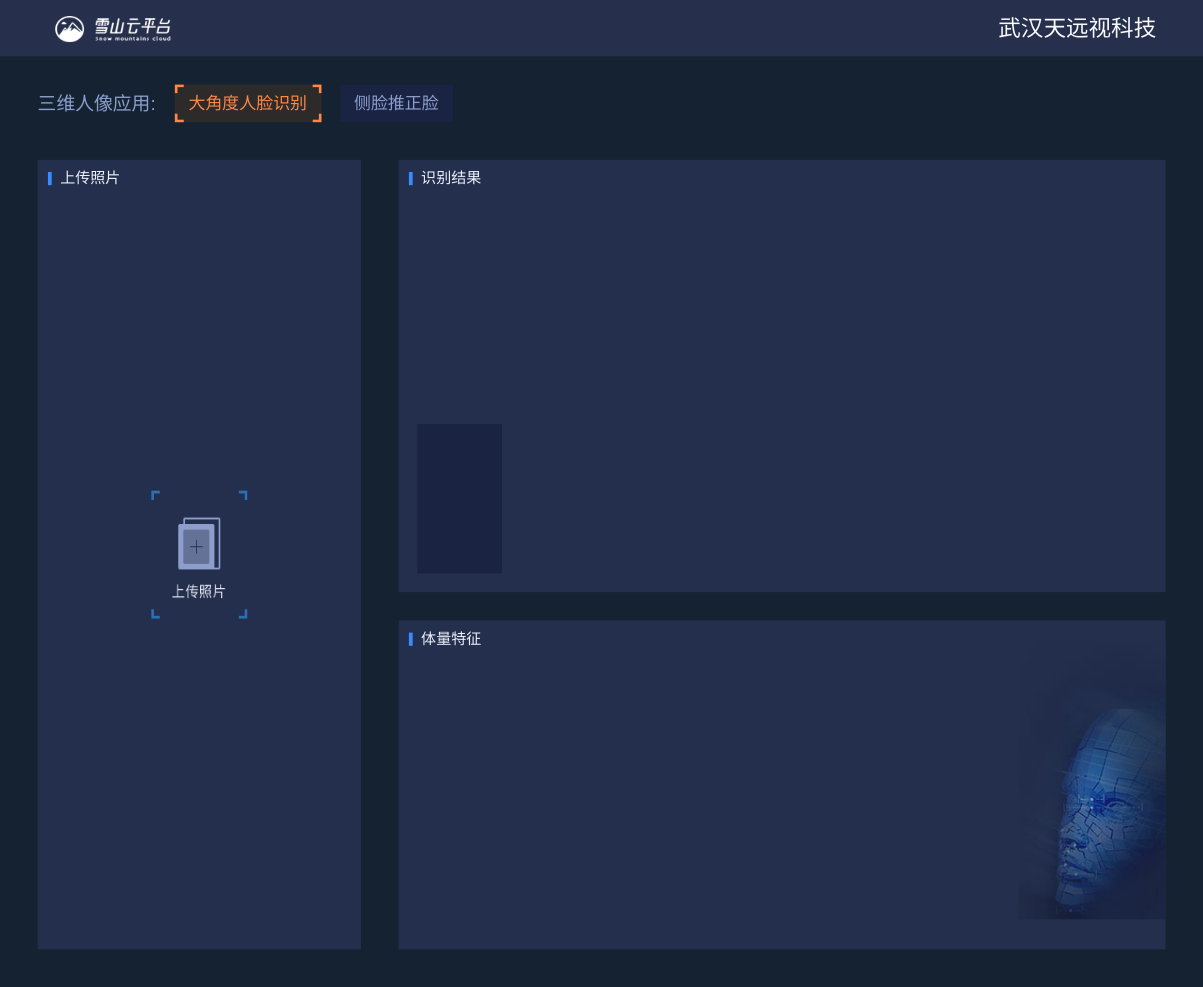
Repository: fyt2020/pubilcDemlo
Page: /
The author's editor kept a copy of each file at every save. The page is drawn from the files as they stood at one save, then again after the next save.
The browser window is 1280 px wide. The pictures show the whole page, at 94% of full size.
The project was rebuilt for these pictures with package versions that can differ from the ones it lists, and the page was loaded fresh each time.

Above is the page before, as saved 2020-04-28 17:13:39.

### index.html
<!DOCTYPE html>
<html>
  <head>
    <meta charset="utf-8">
    <meta name="viewport" content="width=device-width,initial-scale=1.0">
    <title>pubilcdemo</title>
    <link rel="shortcut icon" href="./static/farsee.ico" type="image/x-icon">
    <script src="./static/config.js"></script>
    <script src="./static/main.js"></script>
  </head>
  <body>
    <div id="app"></div>
    <!-- built files will be auto injected -->
  </body>
</html>

### src/main.js
// The Vue build version to load with the `import` command
// (runtime-only or standalone) has been set in webpack.base.conf with an alias.
import Vue from 'vue'
import App from './App'
import router from './router'
import '@/assets/css/reset.css'
import axios from '@/plugins/axios';

Vue.config.productionTip = false
Vue.prototype.$http = axios;
/* eslint-disable no-new */
new Vue({
  el: '#app',
  router,
  components: { App },
  template: '<App/>'
})

### src/assets/css/reset.css
@charset "UTF-8";
/**
 * @desc pc端常用reset.css
 * @author archer
 * @date 2018-08-26
 */
html,body,div,p,ul,li,dl,dt,dd,em,i,span,a,img,input,h1,h2,h3,h4,h5,nav,section,footer,header,table,tr,th,td,ul,li{margin:0;padding:0;box-sizing: border-box;}
h1,h2,h3,h4,h5,h6{font-weight:normal}
i,em,b{font-style:normal}
article,aside,details,figcaption,figure,footer,header,menu,nav,section {display: block;}
a,img,input {border:none;}
a {text-decoration:none;}
a:hover, a:active {outline: none;}
ul,li{list-style: none}
button,input,select,textarea{font-size:100%;outline:none}
table{border-collapse:collapse;border-spacing:0}
html, body {width: 100%;height: 100%;}
body{font-family:"Helvetica Neue",Helvetica, Arial,sans-serif; font-size: 14px;line-height:1}

### src/pages/Home.vue
<template>
  <div class="home">
      <div class="header">
           <div class="header__left">
                <img src="../assets/img/logo1.png" alt="" class="logo_img">
           </div>
           <div class="header__right">
                <span>武汉天远视科技</span>
           </div>
      </div>
      <div class="navigation">
            <span class="navigation__title">三维人像应用:</span>
            <router-link tag="li" :to="{name:'bigAngle'}" class="navigation__item">大角度人脸识别</router-link>
            <router-link tag="li" :to="{name:'face',params:{id:'self'}}" class="navigation__item">侧脸推正脸</router-link>
      </div>

      <div class="content">
         <router-view />
      </div>

  </div>
</template>

<script>
export default {
  data() {
    return {};
  },
  computed: {},
  created() {

  },
  mounted() {

  },
  methods: {

  },
  components: {}
};
</script>

<style lang="scss" scoped>
@import "@/assets/css/home.scss";
</style>

### src/pages/bigAngle.vue
<template>
  <div class="bigAngle">
    <div class="bigAngle__left">
      <div class="left__top">
        <div class="titleW" v-if="btnKey">
          <span class="titleW__one"></span>
          <span class="titleW__w">上传照片</span>
        </div>
        <img :src="uploadImgUrl" alt class="uploadImg" v-if="uploadImgUrl" />
        <img
          src="../assets/img/delete.png"
          alt
          class="delete__img"
          v-show="closeKey"
          @click="close"
        />
        <button class="btn" @click="uploadFile2" v-if="btnKey">
          <img src="../assets/img/midle.png" alt class="btn__bg" />
          <form
            name="fileList"
            id="fileList"
            action="uploadURL"
            method="POST"
            enctype="multipart/form-data"
            class="file"
          >
            <input
              type="file"
              hidden
              @change="beforeUploadFile2($event)"
              id="upload_file2"
              class="file-inp"
            />
          </form>
        </button>
      </div>
    </div>
    <div class="bigAngle__right">
      <div class="right__top">
        <div class="titleW">
          <span class="titleW__one"></span>
          <span class="titleW__w">识别结果</span>
        </div>

        <div class="recg__box">
          <img :src="angleImg[0].src" alt class="recg__item" />
        </div>
        <div id="WebGL-output"></div>
        <ul class="info__box" v-if="infoObj.collectNo">
          <li class="info__item">
            <span class="info__iteml">姓名:</span>
            <span class="info__itemr">{{infoObj.username}}</span>
          </li>
          <li class="info__item">
            <span class="info__iteml">性别:</span>
            <span class="info__itemr">{{infoObj.sex}}</span>
          </li>
          <li class="info__item">
            <span class="info__iteml">采集编号:</span>
            <span class="info__itemr">{{infoObj.collectNo}}</span>
          </li>

          <li class="info__item">
            <span class="info__iteml">证件号:</span>
            <span class="info__itemr">{{infoObj.idNo}}</span>
          </li>
          <li class="info__item">
            <span class="info__iteml">采集时间:</span>
            <span class="info__itemr">{{infoObj.time}}</span>
          </li>
        </ul>
      </div>
      <div class="right__bottom">
        <div class="titleW">
          <span class="titleW__one"></span>
          <span class="titleW__w">体量特征</span>
        </div>
        <div class="char__box">

                <img src="../assets/img/char1.jpg" alt class="char" v-if="!btnKey"/>
                <img src="../assets/img/char2.jpg" alt="" class="char2">

                 <ul class="tl__box" v-if="charData.length>0">
          <li class="tl__item" v-for="item in charData" :key="item.value">
            <span class="tl__iteml same">{{item.title}}:</span>
            <span class="tl__itemr same">{{Number(item.value).toFixed(2)}}</span>
          </li>
        </ul>

        </div>


      </div>
    </div>
  </div>
</template>

<script>
import axios from "axios";
export default {
  props: {},
  data() {
    return {
      btnKey: true,
      uploadImgUrl: "",
      closeKey: false,
      camera: null,
      renderer: null,
      boxHelper: null,
      animationId: null,
      modelObj: null,
      scene: null,
      infoObj: {
        collectNo: "",
        sex: "",
        time: "",
        idNo: ""
      },
      charData: [],
      angleImg: [
        {
          id: Math.floor(Math.random * 100),
          src: ``
        }
      ],

      source: 0
    };
  },
  computed: {},
  created() {},
  mounted() {},
  watch: {},
  methods: {
    close() {
      $("#WebGL-output").empty();
      this.uploadImgUrl = "";
      this.closeKey = false;
      this.btnKey = true;
      this.angleImg = [
        {
          id: Math.floor(Math.random * 100),
          src: ``
        }
      ];
      this.charData = [];
      (this.infoObj = {
        collectNo: "",
        sex: "",
        time: "",
        idNo: ""
      }),
        this.removeEntity(this.modelObj);
    },
    uploadFile2() {
      let file = document.getElementById("upload_file2");
      file.click();
    },
    beforeUploadFile2(e) {
      let VM = this;
      let files = e.target.files[0];
      let nameArr = e.target.files[0].name.split(".");
      let len = nameArr.length;
      let startName = e.target.files[0].name.split(".")[0];
      let endName = nameArr[len - 1];
      if (
        endName != "jpg" &&
        endName != "png" &&
        endName != "jpeg" &&
        endName != "JPG" &&
        endName != "PNG" &&
        endName != "JPEG"
      ) {
        VM.$Message.error(`上传图片格式不是jpg或png!`);
        return;
      }
      if (!files) {
        return;
      }
      this.btnKey = false;
      this.closeKey = true;
      let reader = new FileReader();
      reader.onloadend = function() {
        VM.uploadImgUrl = reader.result;
      };
      reader.readAsDataURL(files);
      this.angleImg = [
        {
          id: Math.floor(Math.random * 100),
          src: window.BASEURL.flieUrl +  `${startName}/${startName}_angle.jpg`
        }
      ];
      this.INIT($(".right__top").width(), $(".right__top").height(), startName);
      this.getInfo(startName);
    },

    INIT(width, height, name) {
      let VM = this;
      //场景构建
      VM.scene = new THREE.Scene();
      //相机构建
      VM.camera = new THREE.PerspectiveCamera(45, width / height, 0.1, 2000); //四个参数 视场角 方向 最近距 最远距  fov对应着图中的视角，是上下两面的夹角。aspect是近平面的宽高比。
      // camera.lookAt( new THREE.Vector3(0, 0, 0));
      //渲染器构建
      VM.renderer = new THREE.WebGLRenderer({
        antialias: true
      });

      //设置背景颜色
      VM.renderer.setClearColor(0x242f4d);
      //三个参数 width height updateStyle第三个选填
      VM.renderer.setSize(width, height);
      //激活阴影
      VM.renderer.shadowMapEnabled = true;
      //添加材质灯光阴影
      var ambiColor = "ffffff";
      var ambientLight = new THREE.AmbientLight(ambiColor);
      VM.scene.add(ambientLight);

      //添加坐标系
      // var axes = new THREE.AxisHelper(100);
      // scene.add(axes);

      //添加网格
      // var helper = new THREE.GridHelper( 1000, 50 ,0x0000ff, 0xff8080);
      // scene.add(helper);
      VM.boxHelper = new THREE.BoxHelper();

      var controls = new THREE.OrbitControls(VM.camera, VM.renderer.domElement);
      //controls.target = new THREE.Vector3(0, 0, 0);
      // 使动画循环使用时阻尼或自转 意思是否有惯性
      controls.enableDamping = true;
      //动态阻尼系数 就是鼠标拖拽旋转灵敏度
      controls.dampingFactor = 0.25;
      //是否可以缩放
      controls.enableZoom = true;
      //是否自动旋转
      controls.autoRotate = false;
      //设置相机距离原点的最近距离
      //controls.minDistance = 200;
      //设置相机距离原点的最远距离
      //controls.maxDistance = 600;
      //是否开启右键拖拽
      controls.enablePan = true;
      //上下旋转范围
      controls.minPolarAngle = 0;
      controls.maxPolarAngle = Math.PI * (90 / 180);
      //左右旋转范围
      controls.minAzimuthAngle = -Math.PI * (45 / 180);
      controls.maxAzimuthAngle = Math.PI * (45 / 180);

      controls.panSpeed = 0.2;
      controls.rotateSpeed = 0.1;
      //模型
      var onProgress = function(xhr) {
        // if (xhr.lengthComputable) {
        //   //可计算的长度
        //   var percentCompvare = (xhr.loaded / xhr.total) * 100; //加载程度百分比
        //   var elem = document.getElementById("myBar");
        //   var width = parseInt(percentCompvare);
        //   elem.style.width = width + "%";
        //   $(".loading").text("正在下载:" + parseInt(percentCompvare) + "%");
        // }
      };
      var onError = function(xhr) {
        // $(".loading")
        //   .show()
        //   .text("下载失败");
        return;
      };

      var modelPath = window.BASEURL.flieUrl +  `${name}`;
      var objLoader = new THREE.OBJLoader2();
      var callbackOnLoad = function(event) {
        VM.modelObj = event.detail.loaderRootNode;
        VM.modelObj.name = `${name}`;
        VM.modelObj.scale.set(1.9, 1.9, 1.9);
        VM.modelObj.children[0].geometry.computeBoundingBox();
        VM.modelObj.rotation.x = THREE.Math.degToRad(-88);
        VM.modelObj.children[0].geometry.center();
        VM.boxHelper.setFromObject(VM.modelObj);
        let center = VM.boxHelper.geometry.boundingSphere.center;
        let radius = VM.boxHelper.geometry.boundingSphere.radius;
        let cameraPos = new THREE.Vector3(
          center.x + VM.modelObj.position.x,
          center.y + VM.modelObj.position.y,
          radius * 2.2 + center.z + VM.modelObj.position.z
        );
        let lookPos = new THREE.Vector3(
          center.x + VM.modelObj.position.x,
          center.y + VM.modelObj.position.y,
          center.z + VM.modelObj.position.z
        );
        VM.camera.position.copy(cameraPos);
        controls.target = lookPos;
        VM.camera.lookAt(lookPos);
        VM.scene.add(VM.modelObj);
      };
      let typeObj = VM.source == "1" ? "textured" : "cut";
      objLoader.loadMtl(modelPath + `/${typeObj}_mesh.mtl`, null, function(
        materialCreator
      ) {
        materialCreator[`${typeObj}_mesh`].opacity = 1; // new THREE.Color(1,1,1)
        objLoader.setMaterials(materialCreator);
        objLoader.setLogging(true, true);
        objLoader.load(
          modelPath + `/${typeObj}_mesh.obj`,
          callbackOnLoad,
          onProgress,
          onError,
          null,
          false
        );
      });
      VM.camera.lookAt(VM.scene.position);
      //在页面上添加渲染器，dom元素
      $("#WebGL-output").append(VM.renderer.domElement);
      renderScene();
      VM.getModelTxt(name);
      function renderScene() {
        var clock = new THREE.Clock();
        var delta = clock.getDelta(); //三角点
        controls.update();
        VM.camera.updateProjectionMatrix();
        VM.animationId = requestAnimationFrame(renderScene); //请求动画框架
        VM.renderer.render(VM.scene, VM.camera);
      }
    },
    getModelTxt(name) {
      let VM = this;
      let id = new Date().getTime();
      let params = {
        headers: {
          "Content-Type": "text/plain;charset=utf-8"
        },
        responseType: "text/json",
        inCharset: "utf-8",
        outCharset: "utf-8",
        timeout: 30000,
        random: id
      };
      axios
        .get(window.BASEURL.flieUrl + `${name}/face_points_distance.txt`)
        .then(function(res) {
          let newData = res.data.split("\r\n");
          let len = newData.length;
          for (var i = 0; i < len; i++) {
            if (newData[i]) {
              let obj = {};
              let k = newData[i].split(":")[0];
              let v = newData[i].split(":")[1];
              obj["title"] = k;
              obj["value"] = v;
              VM.charData.push(obj);
            }

            console.log(VM.charData);
          }
        })
        .catch(function(error) {
          console.log(error);
        });
    },
    getInfo(name) {
      let VM = this;
      this.$http.api
        .get(window.BASEURL.flieUrl + `${name}/${name}.json`)
        .then(function(res) {
          if (res.data.code === 0) {
            let data = res.data.result;
            VM.infoObj = data;
          }
        })
        .catch(function(error) {
          console.log(error);
        });
    },
    //移除模型
    removeEntity(object) {
      let selectedObject = this.scene.getObjectByName(object.name);
      // console.log('renderer.renderLists',this.renderer.renderLists)
      selectedObject.traverse(function(item) {
        if (item instanceof THREE.Mesh) {
          item.geometry.dispose(); //删除几何体
          //item.material.dispose(); //删除材质
          if (Array.isArray(item.material)) {
            item.material.forEach(function(i) {
              i.dispose(); //删除材质
            });
          } else {
            item.material.dispose();
          }
        }
      });
      this.scene.remove(selectedObject);
      this.renderer.dispose();
      this.renderer.clear();
      this.renderer.renderLists.dispose();
      this.modelObj = null;
      THREE.Cache.clear();
    }
  },
  beforeDestroy() {
    this.removeEntity(this.modelObj);
  },
  components: {}
};
</script>

<style scoped lang="scss">
@import "@/assets/css/bigAngle.scss";
</style>

### src/assets/css/home.scss

@import "@/assets/css/func.scss";
.home{
    font-size: 20px;
    width: 100vw;
    height: 100vh;
    background-color: #142232;
    .header{
        width: 100%;
        height: 60px;
        background-color: #262f4b;
        display: flex;
        align-items: center;
        color:  #f8faff;;
        justify-content: space-between;
        padding: 0 50px;
        font-size: 24px;
        .header__left{
            height: 100%;
            display: flex;
            align-items: center;
            .logo_img{
                width: 141px;
                height: 35px;
            }
        }
        .header__right{
            height: 100%;
            display: flex;
            align-items: center;
        }
    }
    .navigation{
        width: 100%;
        height: 40px;
        display: flex;
        align-items: center;
        box-sizing: border-box;
        background-color: #142232;
        color:  #8c9ecb;
        padding: 0 40px;
        margin-top: 30px;
        .navigation__title{
            margin-right: 20px;
        }
        &__item{
            height: 40px;
            line-height: 40px;
            box-sizing: border-box;
            padding: 0 15px;
            margin-right: 20px;
            font-size: 18px;
            color: #8c9ecc;
            background-color:  #1a2342;
        }
        &__item.exactActive{
             display: flex;
             color: #ff8748;
             background: url('../#{$img}/qhbtn.png') no-repeat center;
             background-size: 100% 100%;

        }
    }
    .content{
        width: 100%;
        padding: 40px;
        background-color: #142232;
    }
}

### src/assets/css/func.scss
// @function px2Rem($px, $base-font-size: 19.2px) {
//     @if (unitless($px)) { //有无单位
//       @return ($px / 19.2) * 1rem;
//     } @else if (unit($px) == em) {
//       @return $px;
//     }
//     @return ($px / $base-font-size) * 1rem;
// }

$img:"/assets/img";

### src/assets/css/bigAngle.scss
.bigAngle{
     display: flex;
     width: 100%;
     height: 100%;
     .titleW{
        position: absolute;
        height: 20px;
        line-height: 20px;
        width: 100%;
        left: 10px;
        top:10px;
        display: flex;
        align-items: center;
        color:  #edf0fa;
        font-size: 16px;
        border: 1px solid transparent;
        .titleW__one{

           width: 4px;
           height: 14px;
           margin-right: 9px;
           background-color: #388cff;
        }
    }
     .bigAngle__left{
        width: 994px;
        height: 840px;
        margin-right: 40px;
        display: flex;
        flex-direction: column;
        background-color: #242f4d;
        .left__top{
             width: 100%;
             height: 100%;
            //  margin-bottom: 20px;
             display: flex;
             align-items: center;
             justify-content: center;
             position: relative;
             .uploadImg{
                height: 100%;
             }

             .delete__img{
                position: absolute;
                width: 36px;
                height: 36px;
                right: 20px;
                top:20px;
                transition: all 0.1 linear;
                z-index: 2100;
                cursor: pointer;
             }
             .btn{
                 position: absolute;
                 outline: none;
                 position: relative;
                 border: none;
                 background: transparent;
                //  border-style: solid;
                //  border-width: 2px;
                //  border-image-source: linear-gradient(0deg,#1a5fff 0%, #5f8ffd 100%);
                //  border-image-slice: 1;
                 width: 114px;
                 height: 138px;
                //  line-height: 30px;
                //  color: #1a5fff;
                //  border-radius: 6px;
                 z-index: 9999;
                 cursor: pointer;
                 .btn__bg{
                     width: 100%;
                     height: 100%;
                 }
             }
        }
        .left__bottom{
            width: 100%;
            height: 15%;
            border: 1px solid black;
            .left__bottom{

            }

        }
     }
     .bigAngle__right{
        width: 816px;
        height: 840px;


        .right__top{

            width: 100%;
            height: 460px;
            position: relative;
            margin-bottom: 30px;
            background-color: #242f4d;

            .recg__box{

                display: flex;
                position: absolute;
                width: 90px;
                left: 20px;
                bottom: 20px;
                background-color: #1a2342;;
                height: 159px;
                align-items: center;
                justify-content: flex-start;
                .recg__item{
                    height: 100%;
                }
            }
            #WebGL-output{
                width: 815px;
                height: 460px;
            }
            .info__box{
                position: absolute;
                right: 20px;
                bottom: 20px;
                width: 238px;
                height: 158px;
                background-color: #1a2342;
                padding: 15px;
                display: flex;
                flex-direction: column;
                justify-content: space-around;
                align-content: space-around;
                font-size: 14px;
                color: #edf0fa;


            }
        }
        .right__bottom{
            background-color: #242f4d;
            width: 100%;
            height: 350px;
            position: relative;
            padding-top: 20px;
            .titleW{

                height: 20px;
                line-height: 20px;
                width: 100%;
                left: 10px;
                top:10px;
                display: flex;
                align-items: center;
                color:  #edf0fa;
                font-size: 16px;
                border: 1px solid transparent;
                .titleW__one{

                   width: 4px;
                   height: 14px;
                   margin-right: 9px;
                   background-color: #388cff;
                }
            }
            .char__box{

                width: 816px;
                height: 298px;
                z-index: 1;
                // margin-top: 20px;

                .char2{
                    float: right;

                }

            }
            .char{


            }
            .tl__box{
                display: flex;
                position: absolute;
                z-index: 10;
                width: 100%;
                height: 100%;


                .tl__item{
                    display: flex;
                    align-items: center;
                    position: absolute;
                    font-size: 15px;
                    color: #edf0fa;
                    letter-spacing: 1px;

                    &:nth-of-type(1){
                        left: 43%;
                        top:17%

                    }
                    &:nth-of-type(2){
                        left: 32%;
                        top:30%
                    }
                    &:nth-of-type(3){

                        left: 43%;
                        top:40%
                    }
                    &:nth-of-type(4){

                        left: 43%;
                        top:50%
                    }
                    &:nth-of-type(5){

                        left: 43%;
                        top:59%
                    }
                    &:nth-of-type(6){

                        left: 43%;
                        top:68%
                    }
                    &:nth-of-type(7){

                        left: 43%;
                        top:77%
                    }
                    &:nth-of-type(8){

                        left: 43%;
                        top:86%
                    }






                }
            }


        }

     }
}

### static/config.js
window.BASEURL = {
     //flieUrl:`http://192.168.1.199:8080/recg/static/data/`
     flieUrl:`../../static/data/`
};

Loaded but not shown: src/App.vue (common file); src/plugins/axios.js (library); src/router/index.js (42 lines, source omitted)

After the next save:
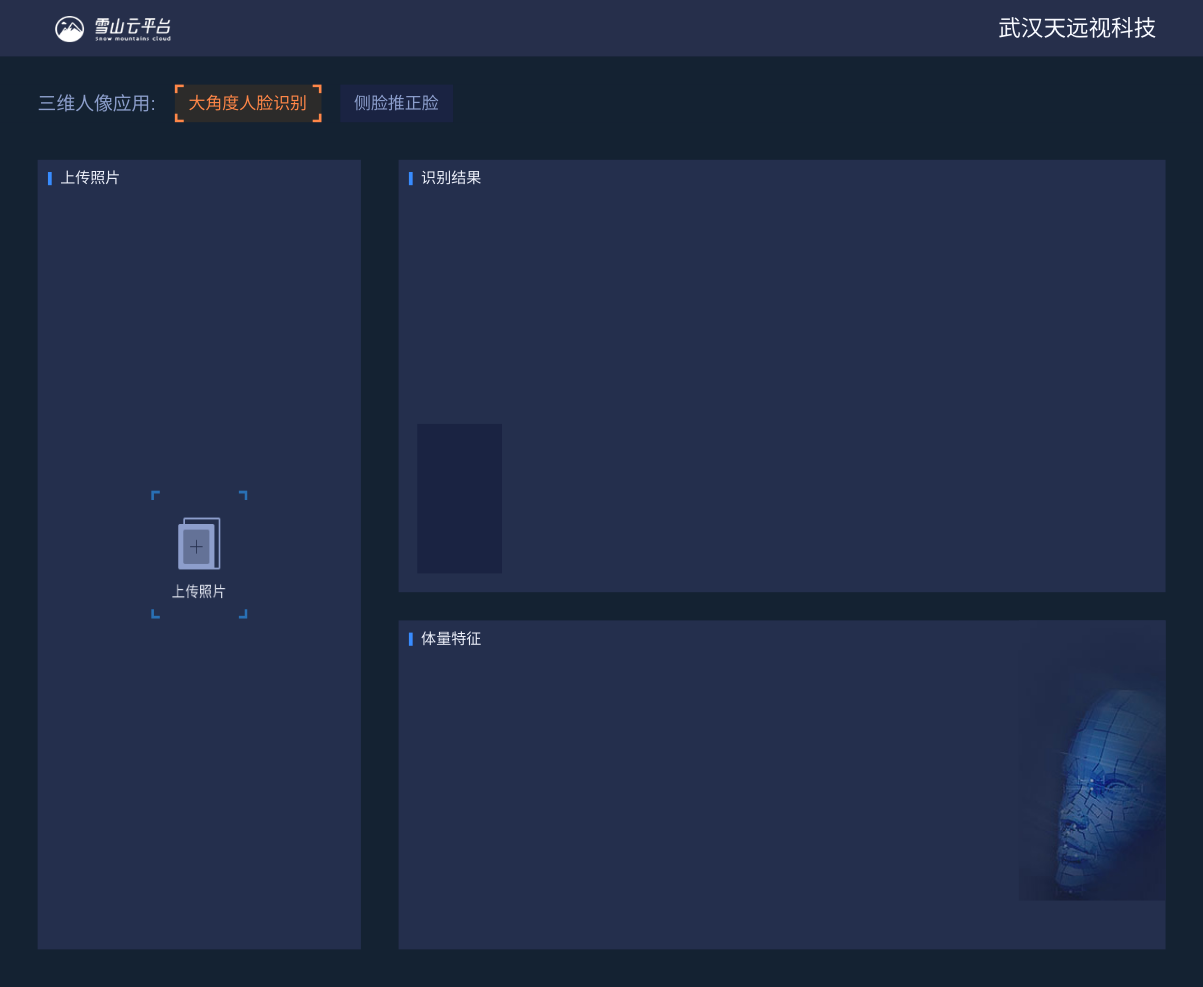
Saved 4 s later.
--- a/src/assets/css/bigAngle.scss
+++ b/src/assets/css/bigAngle.scss
@@ -139,7 +139,7 @@
             width: 100%;
             height: 350px;
             position: relative;
-            padding-top: 20px;
+            // padding-top: 20px;
             .titleW{
 
                 height: 20px;
